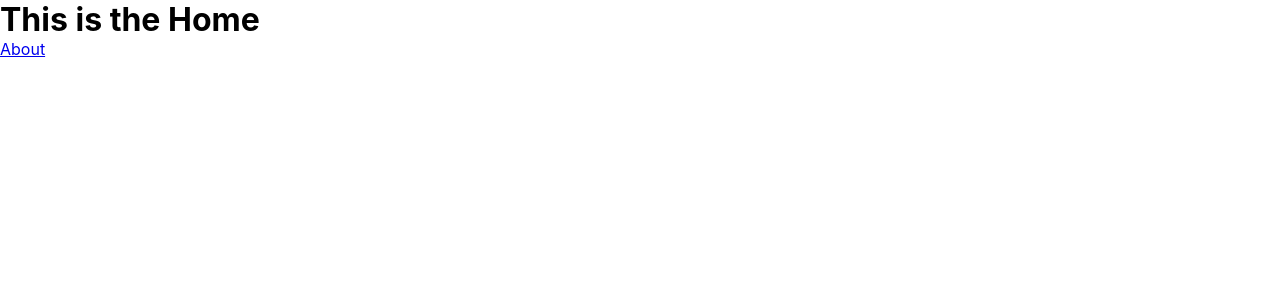
Repository: exiled-kal/google.com
Page: /
An editor plug-in stored every save of this project. The page is shown before and after the next save, followed by the edit.
The browser window is 1280 px wide. The pictures show the whole page.
The project was rebuilt for these pictures with package versions that can differ from the ones it lists, and the page was loaded fresh each time. Also part of the build but not shown: src/App.css, src/pages/Home.css.

Above is the page before, as saved 2020-08-22 22:03:06.

### src/index.css
* {
  margin: 0;
}


body {
  margin: 0;
  font-family: -apple-system, BlinkMacSystemFont, 'Segoe UI', 'Roboto', 'Oxygen',
    'Ubuntu', 'Cantarell', 'Fira Sans', 'Droid Sans', 'Helvetica Neue',
    sans-serif;
  -webkit-font-smoothing: antialiased;
  -moz-osx-font-smoothing: grayscale;
}

code {
  font-family: source-code-pro, Menlo, Monaco, Consolas, 'Courier New',
    monospace;
}

### src/App.js
import React from 'react';

import './App.css';
import Home from './pages/Home';
import {BrowserRouter as Router, Switch, Route} from 'react-router-dom';

function App() {
  return (
    <div className="app">
      <Router>
        <Switch>
          <Route path="/search">
            <h1>This is the search page</h1>
          </Route>
          <Route path="/">
            <Home />
          </Route>
        </Switch>
      </Router>
    </div>
  );
}

export default App;

### src/pages/Home.js
import React from 'react';
import './Home.css';
import {Link} from 'react-router-dom';

function Home() {
  return (
    <div className="home">
      <h1>This is the Home</h1>
      <div className="home__header">
        <div className="home__headerLeft">
          <Link to="about">About</Link>
          {/* Link */}
        </div>
        <div className="home__headerRight">
          {/* Link */}
          {/* Link */}
          {/* Icon */}
          {/* Avatar */}
        </div>
      </div>
      <div className="home__body"></div>
    </div>
  );
}

export default Home;

Loaded but not shown: public/index.html (common file); src/index.js (common file); src/serviceWorker.js (common file)

After the next save:
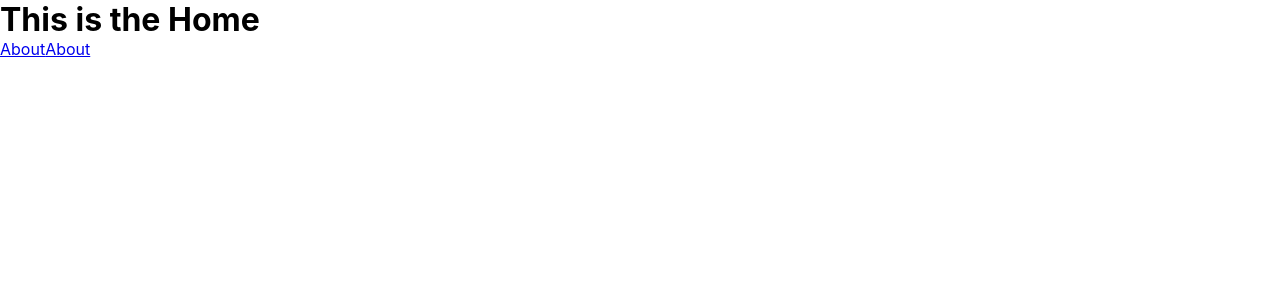
Saved 42 s later.
--- a/src/pages/Home.js
+++ b/src/pages/Home.js
@@ -8,6 +8,7 @@
       <h1>This is the Home</h1>
       <div className="home__header">
         <div className="home__headerLeft">
+          <Link to="about">About</Link>
           <Link to="about">About</Link>
           {/* Link */}
         </div>
